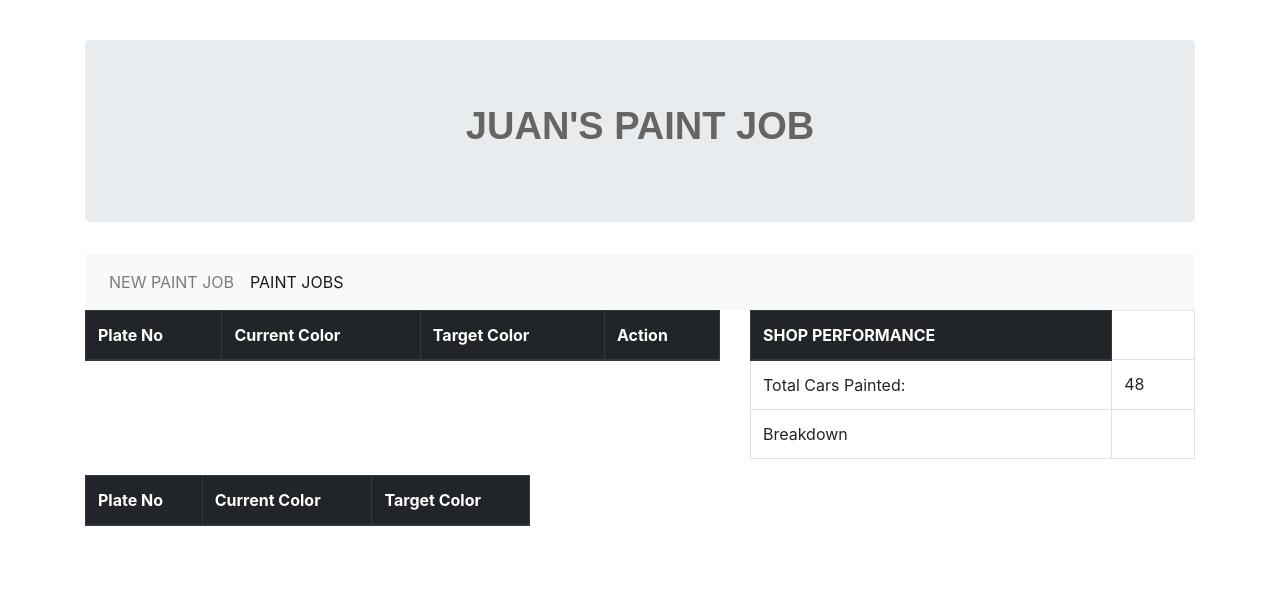
Repository: soycaringal/paint-job
Page: http://localhost/jobs
An editor plug-in stored every save of this project. The page is shown before and after the next save, followed by the edit.
The browser window is 1280 px wide. The pictures show the whole page.
The page is served by the project's Laravel application, run on PHP 8.4 with Laravel 8. Queries for data that is not in the repository find no rows.

Above is the page before, as saved 2020-02-22 22:43:47.

After the next save:
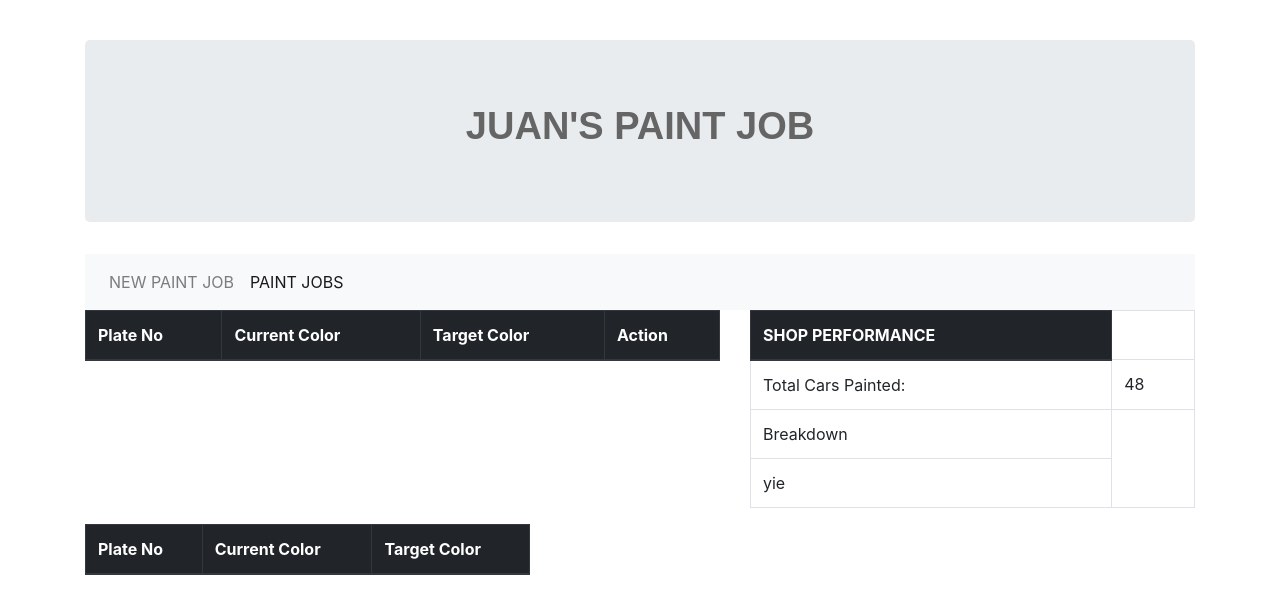
Saved 114 s later.
--- a/resources/views/jobs.blade.php
+++ b/resources/views/jobs.blade.php
@@ -37,7 +37,7 @@
                        <td>Breakdown</td>
                    </tr>
                    <tr>
-
+                       <td>yie</td>
                    </tr>
                 </tbody>
             </table>
